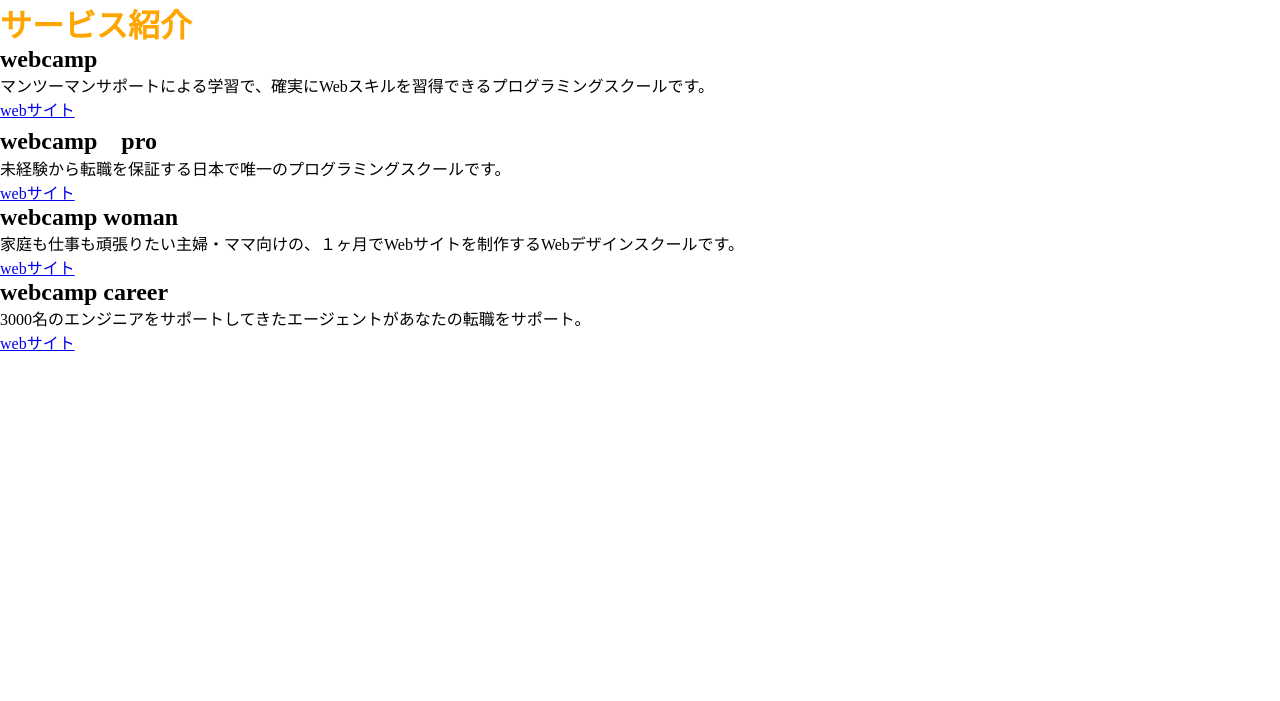
Repository: YuraTajima/DMM-all
Page: chapter2/chapter2.html
The author's editor kept a record of every edit. The page is drawn from the files as they stood at one moment, then again after the next edit.
The browser window is 1280 px wide. The pictures show the whole page.

Above is the page before.

After the next edit:
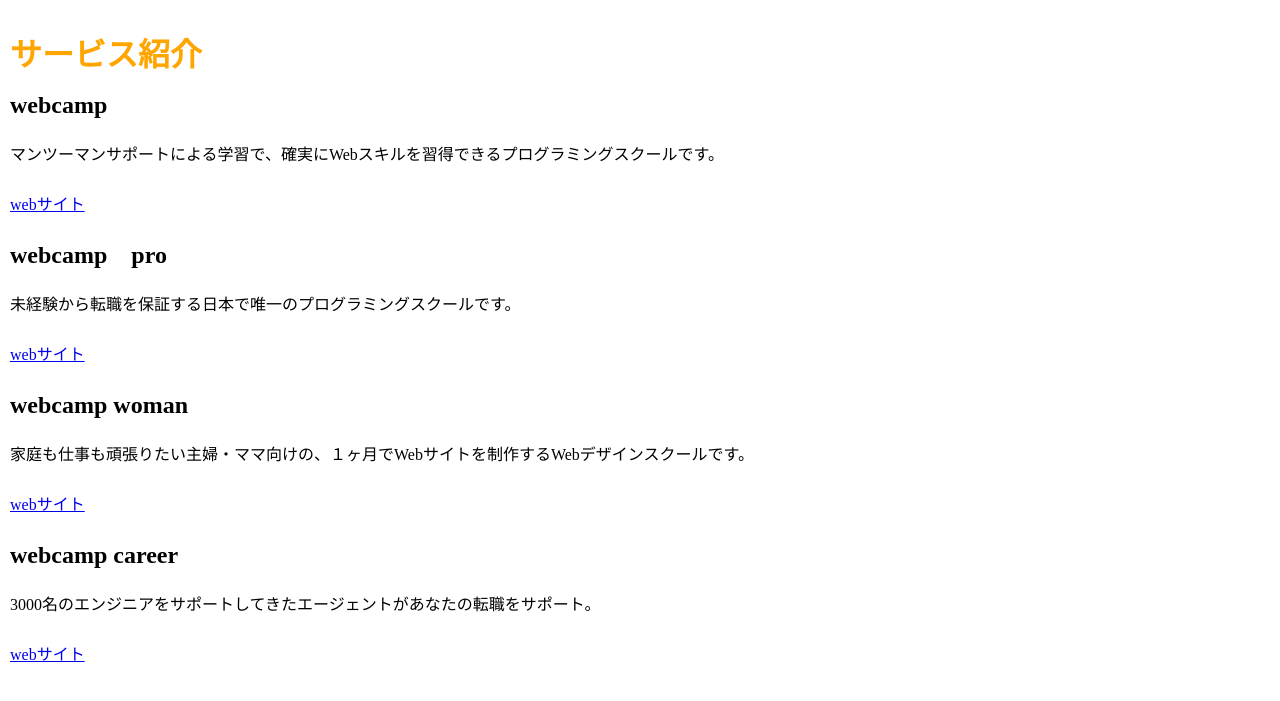
The edit:
--- a/chapter2/chapter2.css
+++ b/chapter2/chapter2.css
@@ -7,3 +7,8 @@
 h1{
   color: orange;
 }
+
+body{
+  margin: 30px 0 0 10px;
+  line-height: 50px;
+}
